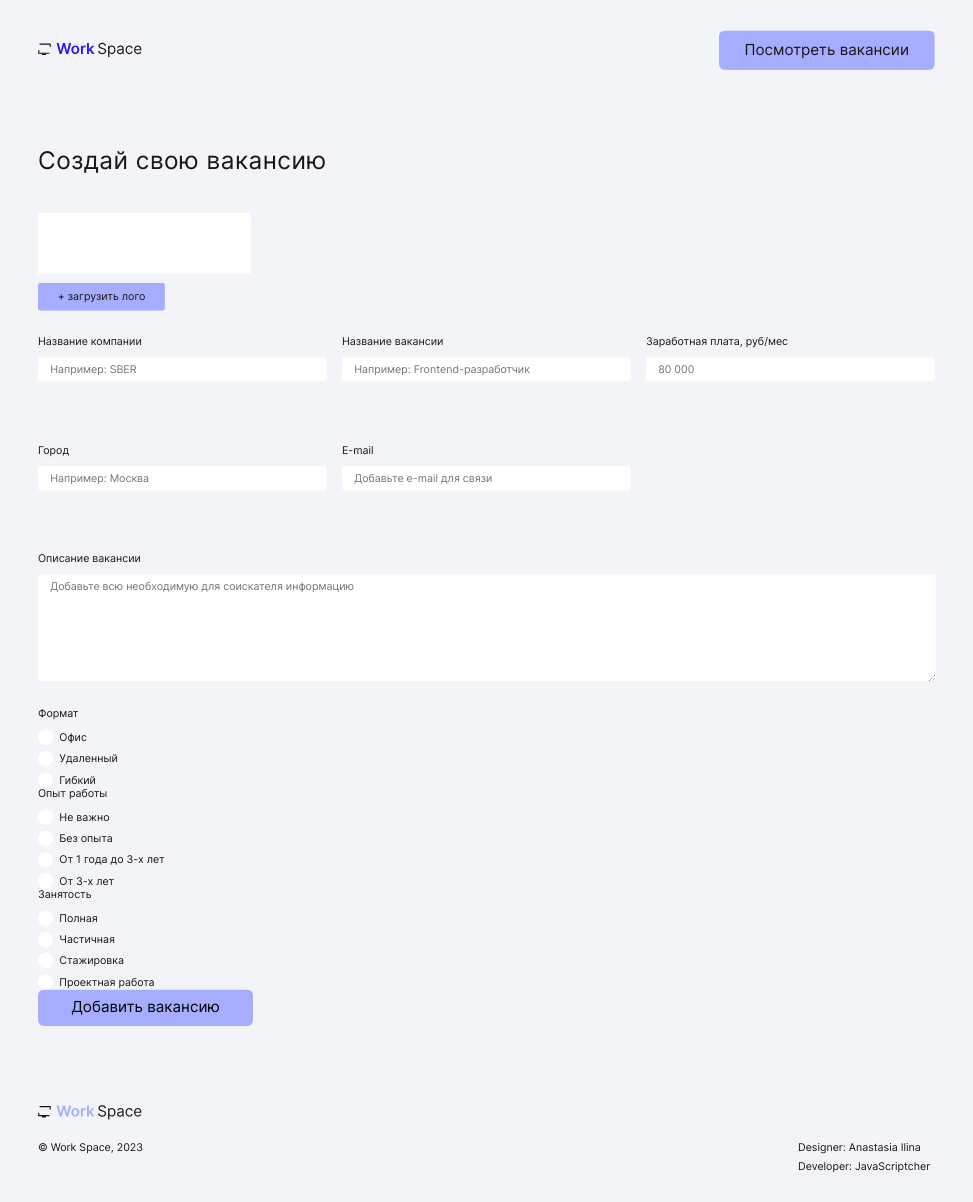
Repository: alexboagreek/workspace_js
Page: employer.html
The author's editor kept a copy of each file at every save. The page is drawn from the files as they stood at one save, then again after the next save.
The browser window is 1280 px wide. The pictures show the whole page, at 76% of full size.

Above is the page before, as saved 2023-09-15 08:29:01.

After the next save:
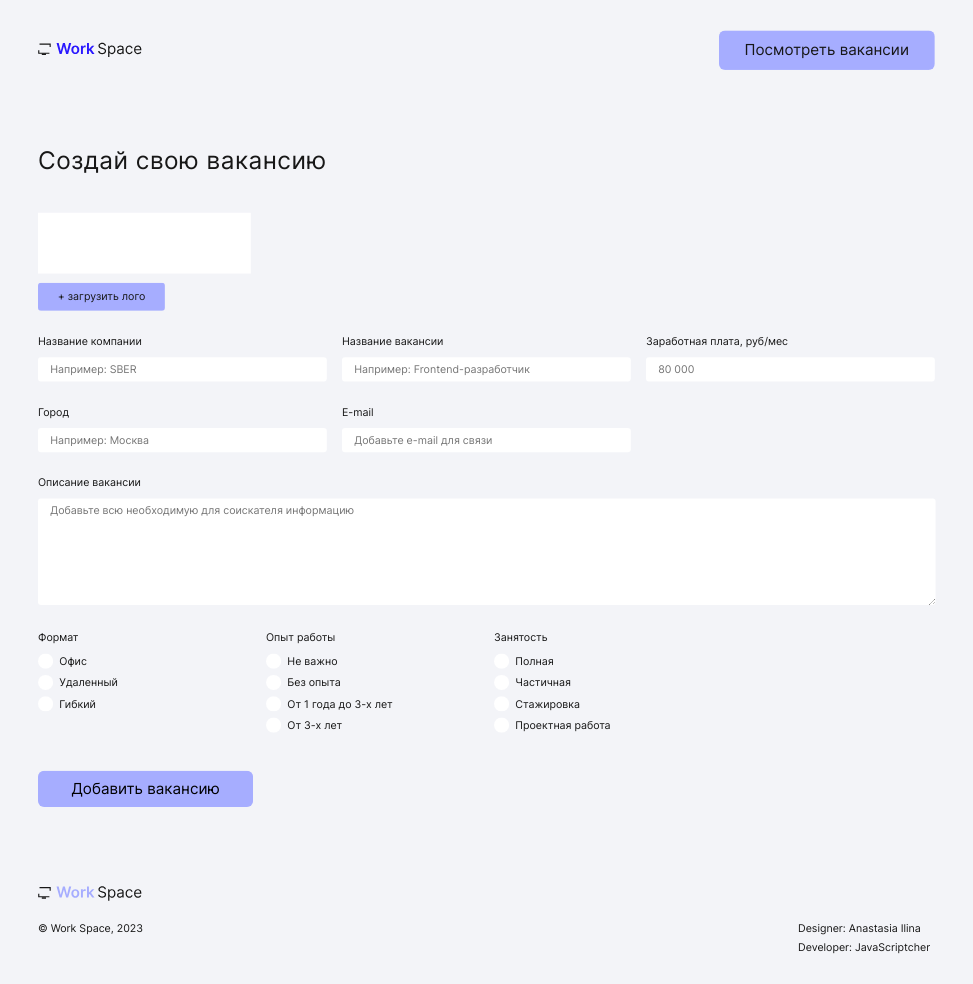
Saved 6 s later.
--- a/style/employer.css
+++ b/style/employer.css
@@ -48,7 +48,10 @@
 }
 
 .employer__input,
-.emplo
+.employer__textarea {
+
+}
+
 .employer__radio-buttons {
   display: grid;
   grid-template-columns: repeat(3, 280px);
